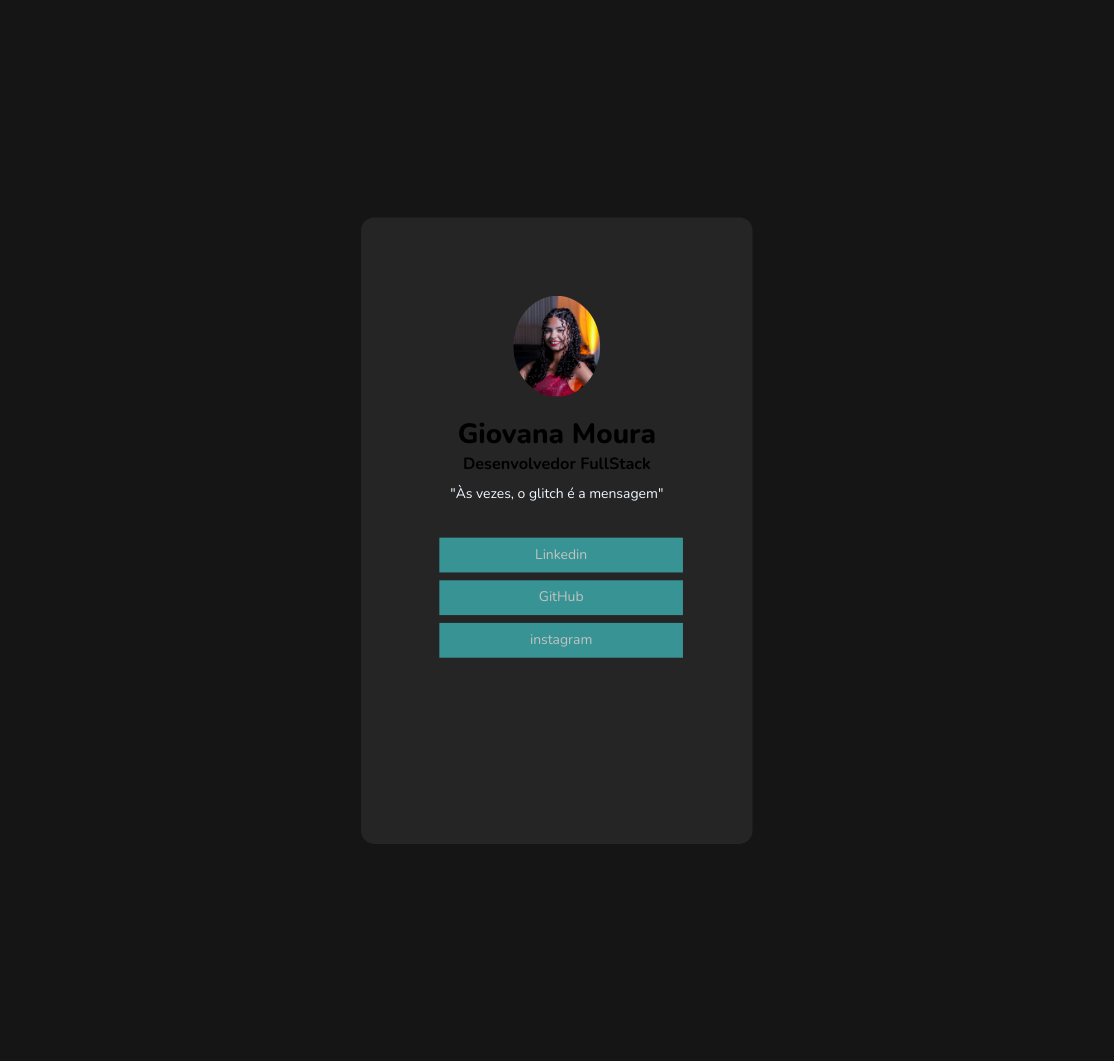
Repository: gimoli/linktree-giovana
Page: index.html
The author's editor kept a copy of each file at every save. The page is drawn from the files as they stood at one save, then again after the next save.
The browser window is 1280 px wide. The pictures show the whole page, at 87% of full size.

Above is the page before, as saved 2025-04-11 10:14:01.

### index.html
<!DOCTYPE html>
<html lang="en">
<head>
    <meta charset="UTF-8">
    <meta name="viewport" content="width=device-width, initial-scale=1.0">
    <title>linktree Giovana</title>
    <link rel="stylesheet" href="style.css">
    <link rel="preconnect" href="https://fonts.googleapis.com">
<link rel="preconnect" href="https://fonts.gstatic.com" crossorigin>
<link href="https://fonts.googleapis.com/css2?family=Nunito:ital,wght@0,200..1000;1,200..1000&display=swap" rel="stylesheet">
</head>
<body>
    <div class="container-main">
        <div class="container-imagem">
            <img src="./image-profile.jfif" alt="foto perfil"/>
        </div>
        <div class="container-infos">
            <h1>Giovana Moura</h1>
            <h3>Desenvolvedor FullStack</h3>
        </div>
        <div class="container-easter-egg">
            <p>"Às vezes, o glitch é a mensagem"</p>
        </div>
        <div class="container-social">
            <ul>
                <a href="https://www.linkedin.com/in/giovana-moura-3543032bb/" target="_blank" class="botao-linktree-1">
                     <li>Linkedin</li>
                </a>
                <a href="https://github.com/gimoli" target="_blank" class="botao-linktree-2">
                     <li>GitHub</li>
                </a>
                <a href="https://www.instagram.com/gimoli_n?igsh=cTNvNDJ0M3owb3Vs&utm_source=qr" target="_blank" class="botao-linktree-3">
                     <li>instagram</li>
                </a>
            </ul>
        </div>
    </div>
</body>
</html>

### style.css
*{
    font-family: "Nunito", sans-serif;
    margin: 0;
    padding: 0;
    box-sizing: border-box;
}

body {
    background-color: rgb(21, 21, 21);
}

.container-main {
    background-color: rgb(37, 37, 37);
    width: 450px;
    height: 720px;
    box-sizing: border-box;
    margin: 250px auto;
    padding: 90px;
    border-radius: 15px;
    text-align: center;
}

.container-imagem img{
    margin: 0 60px;
    width: 100px;
    border-radius: 100%;
}

.container-infos {
    margin-top: 15px;
    margin-bottom: 10px;
}

.container-infos h1 {
    font-weight: 800;
}

.container-infos h2{
  color: #e32363;
    margin-top: 10px;
    margin-bottom: px;
    font-weight: 600;
    font-size: 18px;
}

.container-easter-egg {
    margin-bottom: 15px;
    color: aliceblue;
}

.container-social ul{
    list-style-type: none;
}

.container-social a{
    text-decoration: none;
    color: rgb(194, 194, 194);
}

.container-social{
  margin-top: 40px;
}

.container-social li {
  width: 280px;
  height: 40px;
  background-color: rgb(56, 148, 148);
  margin: 9px 0;
  padding: 8px 0;
  border-radius: ;

}

After the next save:
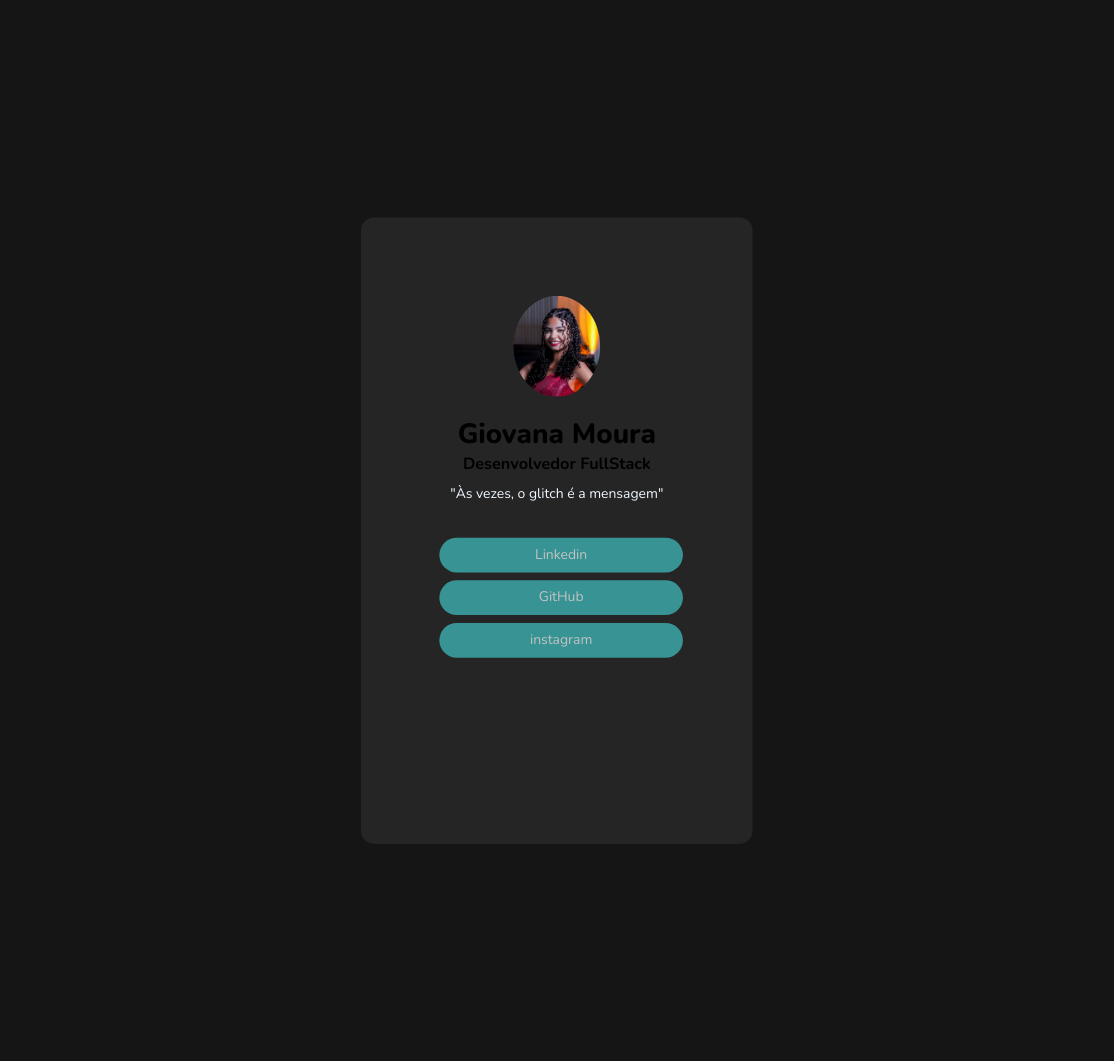
Saved 5 s later.
--- a/style.css
+++ b/style.css
@@ -67,6 +67,6 @@ body {
   background-color: rgb(56, 148, 148);
   margin: 9px 0;
   padding: 8px 0;
-  border-radius: ;
+  border-radius: 20px;
 
 }
